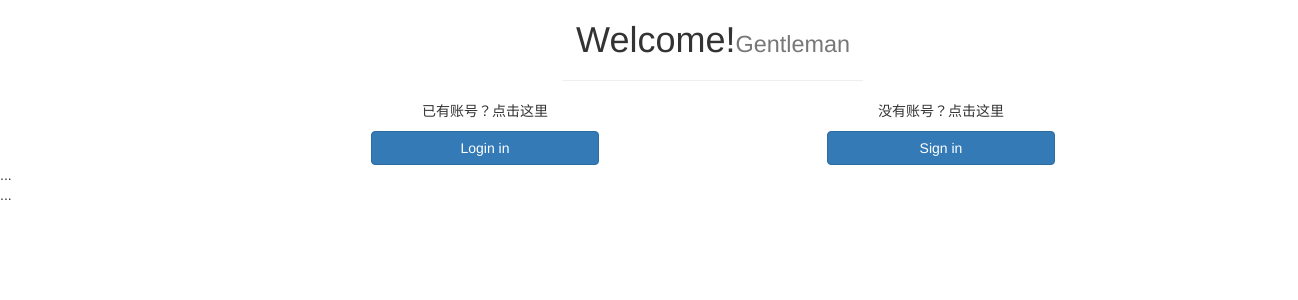
Repository: JasonBour/Beautypedia
Page: http://localhost/
The author's editor kept a copy of each file at every save. The page is drawn from the files as they stood at one save, then again after the next save.
The browser window is 1280 px wide. The page is 1298 px wide, so the pictures cover 1298 px, including what lies to the right of the window. The pictures show the whole page.
The page is run by PHP 8.4 with error messages shown; the project is at /var/www/html/.

Above is the page before, as saved 2015-09-13 12:36:28.

After the next save:
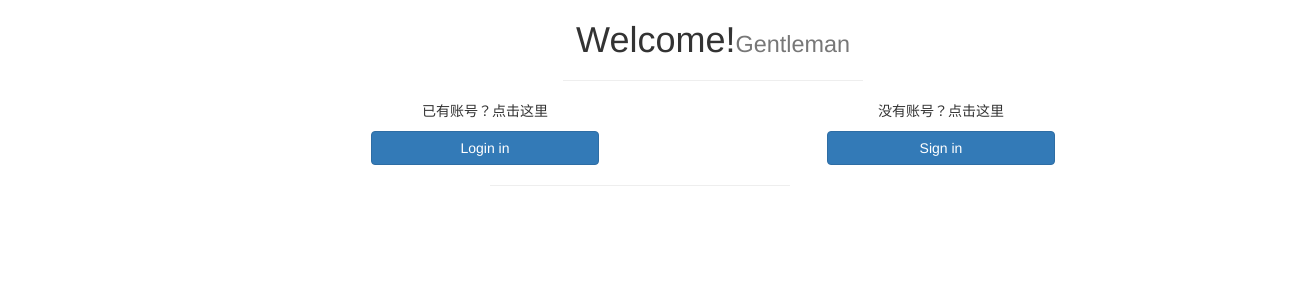
Saved 94 s later.
--- a/Beautypedia/index.php
+++ b/Beautypedia/index.php
@@ -27,11 +27,10 @@
 
   </div>
  </div>
-<ul class="nav nav-list">
-  ...
-  <li class="divider"></li>
-  ...
-</ul>
+<table border="1px" cellpadding="0" cellspacing="0" style="height:265px;border-left-style:solid; border-bottom-style:none;border-right-style:none;border-top-style:none">
+
+
+<HR align=center width=300 color=#987cb9 SIZE=1>
 
 </body>
 
